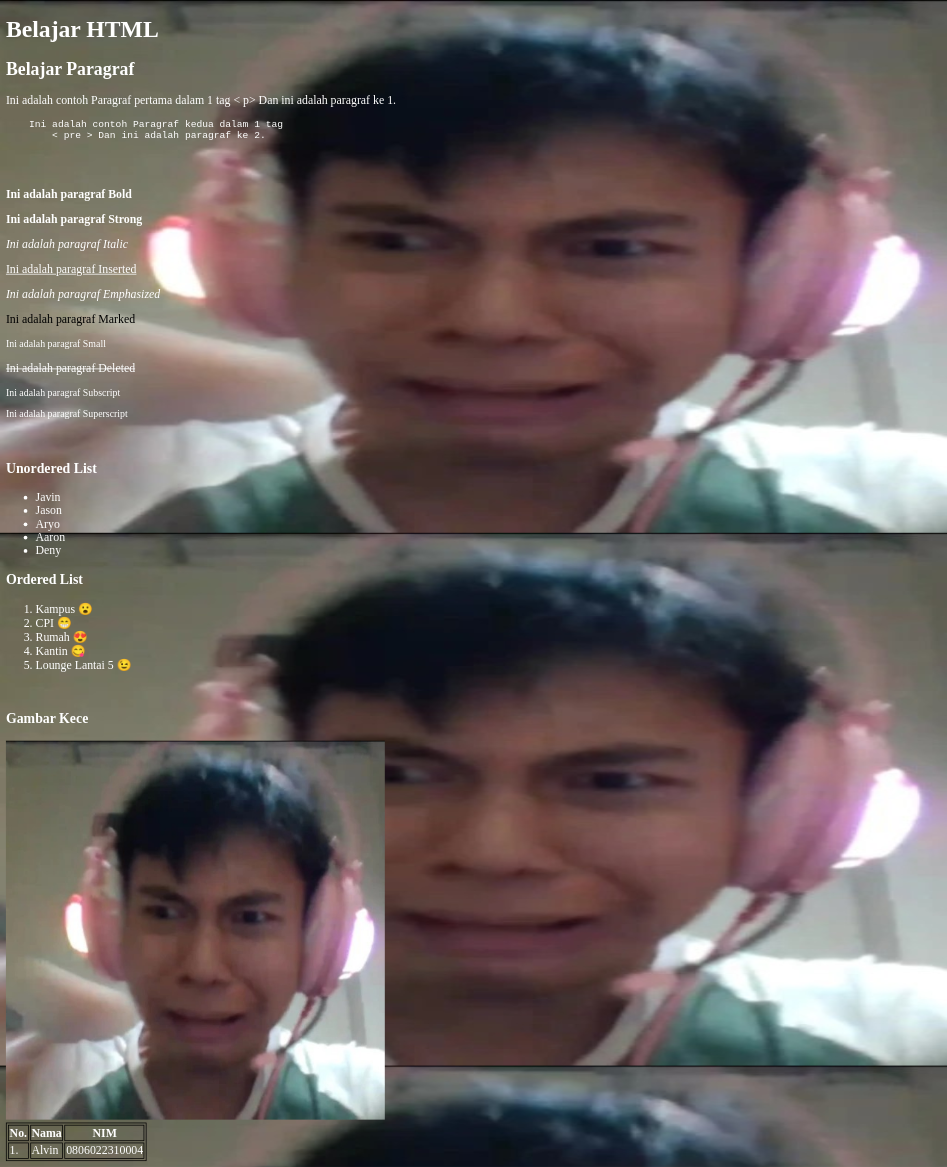
Repository: Gibekkk/WebPro
Page: Tugas HTML 1/index.html
The author's editor kept a copy of each file at every save. The page is drawn from the files as they stood at one save, then again after a run of saves.
The browser window is 1280 px wide. The pictures show the whole page, at 74% of full size.
Backgrounds fixed to the window are drawn as part of the page.

Above is the page before, as saved 2024-03-25 10:32:11.

### Tugas HTML 1/index.html
<!DOCTYPE html>
<html lang="en">

<head>
    <meta charset="UTF-8">
    <meta name="viewport" content="width=device-width, initial-scale=1.0">
    <title>Document</title>
    <style>
        table,
        td,
        tr,
        th {
            border: 1px solid black;
        }
    </style>
</head>

<body style="background-image: url(javin.jpg); background-repeat: no-repeat; background-size: 100%; background-attachment: fixed; color: white">
    <h1>Belajar HTML</h1>
    <h2>Belajar Paragraf</h2>
    <p>Ini adalah contoh Paragraf pertama dalam 1 tag
        < p> Dan ini adalah paragraf ke 1.</p>
    <pre>
    Ini adalah contoh Paragraf kedua dalam 1 tag
        < pre > Dan ini adalah paragraf ke 2.
    </pre>
    <br>

    <b>
        <p>Ini adalah paragraf Bold</p>
    </b>
    <strong>
    <p>Ini adalah paragraf Strong</p>
    </strong>
    <i>
    <p>Ini adalah paragraf Italic</p>
    </i>
    <ins>
    <p>Ini adalah paragraf Inserted</p>
    </ins>
    <em>
    <p>Ini adalah paragraf Emphasized</p>
    </em>
    <mark>
        <p>Ini adalah paragraf Marked</p>
    </mark>
    <small>
        <p>Ini adalah paragraf Small</p>
    </small>
    <del>
        <p>Ini adalah paragraf Deleted</p>
    </del>
    <sub>
        <p>Ini adalah paragraf Subscript</p>
    </sub>
    <sup>
        <p>Ini adalah paragraf Superscript</p>
    </sup>
    <br>

    <h3>Unordered List</h3>
    <ul>
        <li>Javin</li>
        <li>Jason</li>
        <li>Aryo</li>
        <li>Aaron</li>
        <li>Deny</li>
    </ul>

    <h3>Ordered List</h3>
    <ol>
        <li>Kampus 😮</li>
        <li>CPI 😁</li>
        <li>Rumah 😍</li>
        <li>Kantin 😋</li>
        <li>Lounge Lantai 5 😉</li>
    </ol>
    <br>
    <h3>Gambar Kece</h3>
    <img src="javin.jpg" alt="Javin" title="Javin">
    <br>
    <table>
        <tr>
            <th>No.</th>
            <th>Nama</th>
            <th>NIM</th>
        </tr>
        <tr>
            <td>1.</td>
            <td>Alvin</td>
            <td>0806022310004</td>
        </tr>
    </table>
</body>

</html>

After the next 10 saves:
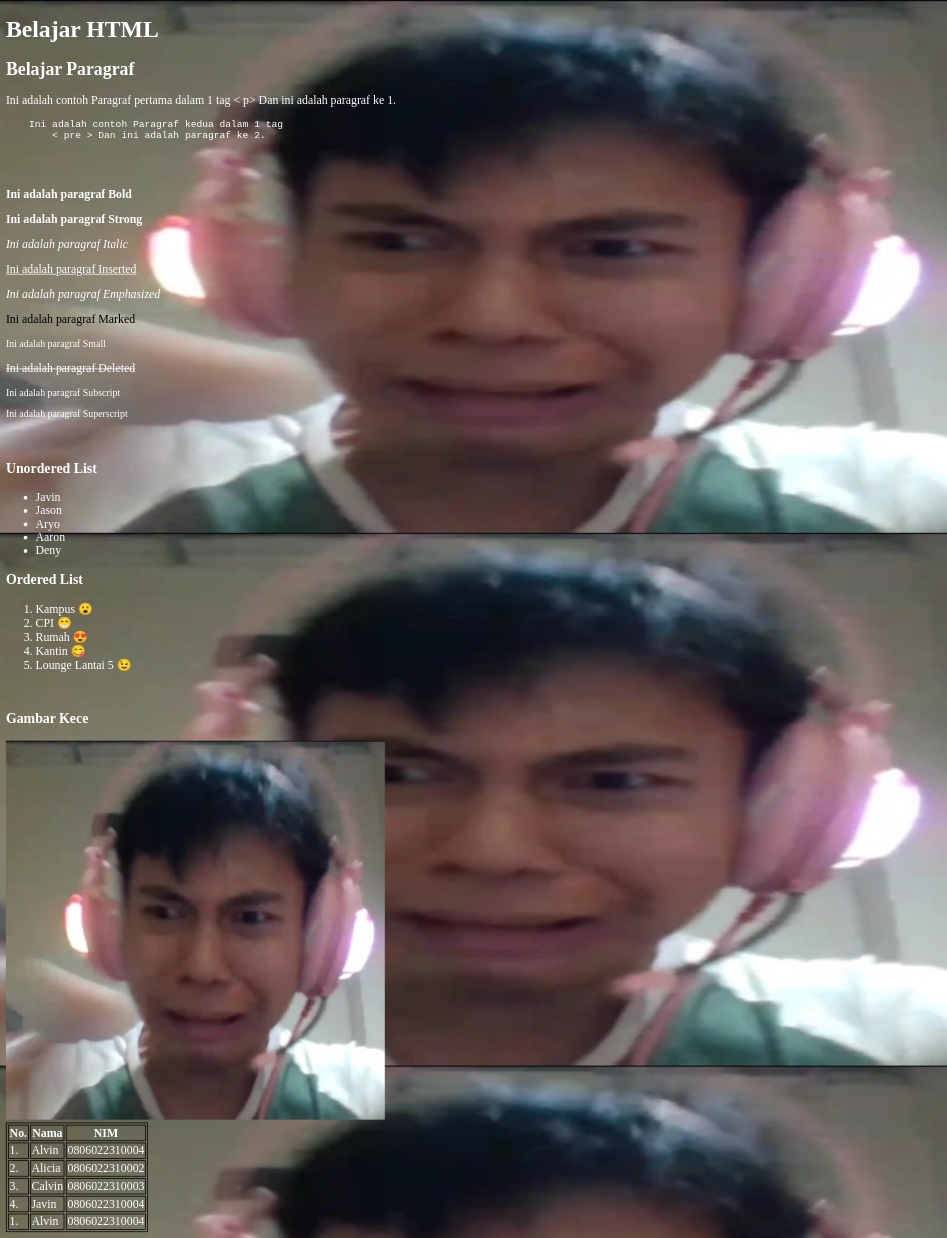
The 10 saves are shown as one change because they came seconds apart.
The last was saved 30 s later.
--- a/Tugas HTML 1/index.html
+++ b/Tugas HTML 1/index.html
@@ -90,6 +90,26 @@
             <td>Alvin</td>
             <td>0806022310004</td>
         </tr>
+        <tr>
+            <td>2.</td>
+            <td>Alicia</td>
+            <td>0806022310002</td>
+        </tr>
+        <tr>
+            <td>3.</td>
+            <td>Calvin</td>
+            <td>0806022310003</td>
+        </tr>
+        <tr>
+            <td>4.</td>
+            <td>Javin</td>
+            <td>0806022310004</td>
+        </tr>
+        <tr>
+            <td>1.</td>
+            <td>Alvin</td>
+            <td>0806022310004</td>
+        </tr>
     </table>
 </body>
 
